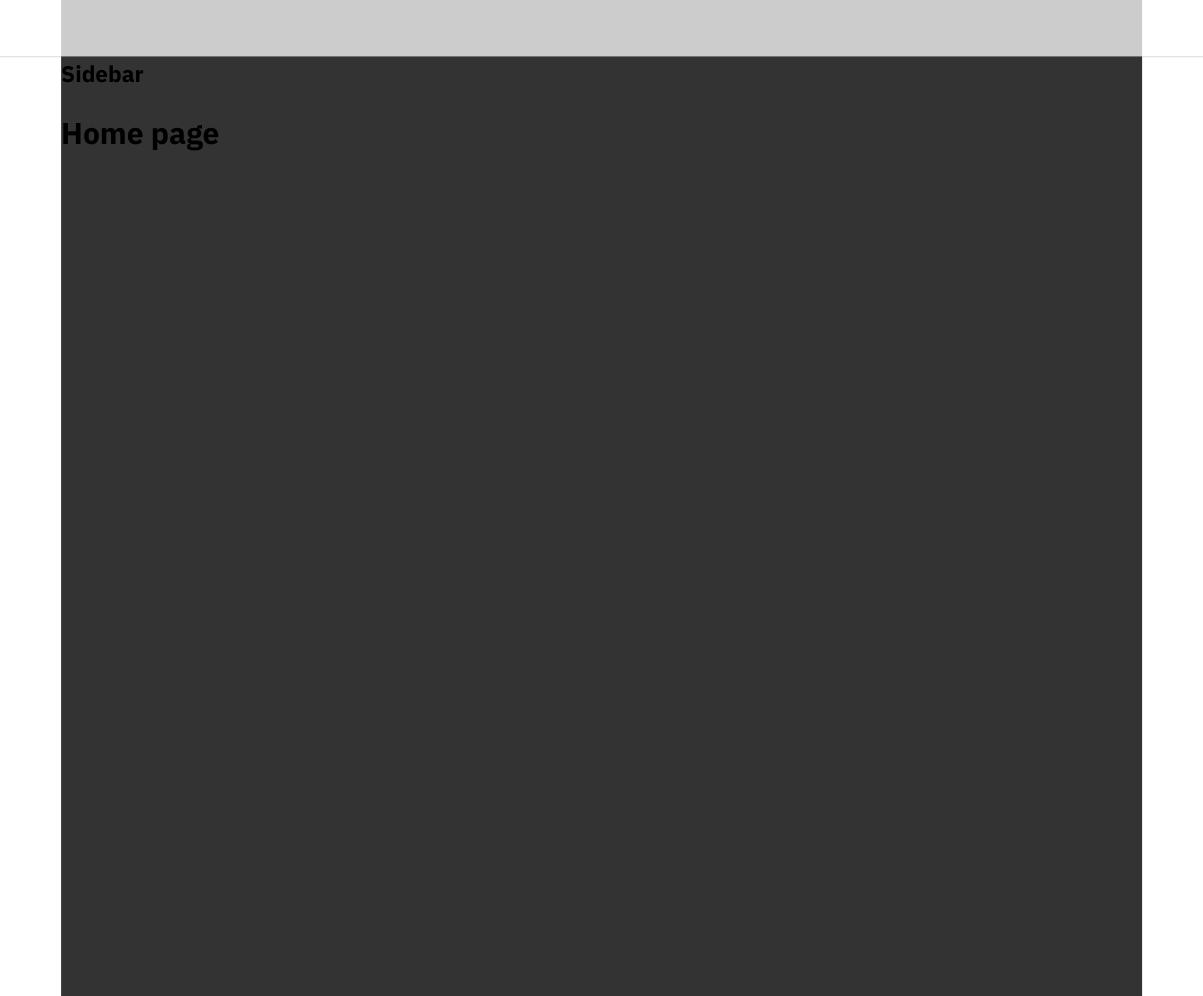
Repository: hmquandec05/tiktok-clone
Page: /
The author's editor kept a copy of each file at every save. The page is drawn from the files as they stood at one save, then again after the next save.
The browser window is 1280 px wide. The pictures show the whole page, at 94% of full size.
The project was rebuilt for these pictures with package versions that can differ from the ones it lists, and the page was loaded fresh each time. Also part of the build but not shown: src/components/Layouts/HeaderOnly/index.js, src/pages/Following/index.js, src/pages/Profile/index.js, src/pages/Search/index.js. Imported but missing from the stored project, and not drawn on this page: src/pages/Upload.

Above is the page before, as saved 2025-02-26 16:52:14.

### src/index.js
import React from "react";
import ReactDOM from "react-dom/client";
import App from "~/App";
import reportWebVitals from "./reportWebVitals";
import GlobalStyles from "~/components/GlobalStyles";

const root = ReactDOM.createRoot(document.getElementById("root"));
root.render(
  <React.StrictMode>
    <GlobalStyles>
      <App />
    </GlobalStyles>
  </React.StrictMode>
);

// If you want to start measuring performance in your app, pass a function
// to log results (for example: reportWebVitals(console.log))
// or send to an analytics endpoint. Learn more: https://bit.ly/CRA-vitals
reportWebVitals();

### src/App.js
import { Fragment } from "react";
import { BrowserRouter as Router, Routes, Route } from "react-router-dom";
import { publicRoutes } from "~/routes";
import { DefaultLayout } from "~/components/Layouts";

function App() {
  return (
    <Router>
      <div className="App">
        <Routes>
          {publicRoutes.map((route, index) => {
            const Page = route.component;

            let Layout = DefaultLayout;

            if (route.layout) {
              Layout = route.layout;
            } else if (route.layout === null) {
              Layout = Fragment;
            }
            return (
              <Route
                key={index}
                path={route.path}
                element={
                  <Layout>
                    <Page />
                  </Layout>
                }
              />
            );
          })}
        </Routes>
      </div>
    </Router>
  );
}

export default App;

### src/routes/index.js
// Layouts
import { HeaderOnly } from "~/components/Layouts";

// Pages
import Home from "~/pages/Home";
import Following from "~/pages/Following";
import Profile from "~/pages/Profile";
import Upload from "~/pages/Upload";
import Search from "~/pages/Search";

// Public routes
const publicRoutes = [
  {
    path: "/",
    component: Home,
  },
  {
    path: "/following",
    component: Following,
  },
  {
    path: "/profile",
    component: Profile,
  },
  {
    path: "/upload",
    component: Upload,
    layout: HeaderOnly,
  },
  {
    path: "/search",
    component: Search,
    layout: null,
  },
];

// Private routes
const privateRoutes = [
  {
    path: "/",
    component: Home,
  },
  {
    path: "/following",
    component: Following,
  },
];

export { publicRoutes, privateRoutes };

### src/components/GlobalStyles/GlobalStyles.scss
@import "normalize.css";
@import url("https://fonts.googleapis.com/css2?family=IBM+Plex+Sans:ital,wght@0,100;0,400;0,500;0,600;0,700;1,300;1,400&display=swap");

:root {
  --primary: #fe2c55;
}

* {
  margin: 0;
  padding: 0;
  box-sizing: border-box;
}

html {
  font-size: 62.5%;
}

body {
  font-family: "IBM Plex Sans", san-serif;
  font-size: 1.6rem;
  line-height: 1.5;
  text-rendering: optimizeSpeed;
}

### src/pages/Home/index.js
function Home() {
  return <h1>Home page</h1>;
}

export default Home;

### src/components/Layouts/DefaultLayout/index.js
import classNames from "classnames/bind";

import styles from "./DefaultLayout.module.scss";
import Header from "~/components/Layouts/components/Header";
import Sidebar from "./Sidebar";

const cx = classNames.bind(styles);

function DefaultLayout({ children }) {
  return (
    <div className={cx("wrapper")}>
      <Header />
      <div className={cx("container")}>
        <Sidebar />
        <div className={cx("content")}>{children}</div>
      </div>
    </div>
  );
}

export default DefaultLayout;

### src/components/Layouts/DefaultLayout/DefaultLayout.module.scss
.wrapper {
  display: flex;
  flex-direction: column;
  align-items: center;
}

.container {
  width: 1150px;
  min-height: 1000px;
  background-color: #333;
}

.content {
}

### src/components/Layouts/components/Header/index.js
import classNames from "classnames/bind";
import styles from "./Header.module.scss";

const cx = classNames.bind(styles);

function Header() {
  return (
    <header className={cx("wrapper")}>
      <div className={cx("content")}></div>
    </header>
  );
}

export default Header;

### src/components/Layouts/components/Header/Header.module.scss
.wrapper {
  width: 100%;
  height: 60px;
  box-shadow: 0px 1px 1px rgb(0 0 0 / 12%);
  display: flex;
  justify-content: center;
}

.content {
  height: 100%;
  width: 1150px;
  background-color: #ccc;
}

Loaded but not shown: public/index.html (common file); src/reportWebVitals.js (common file); src/components/GlobalStyles/index.js (common file); src/components/Layouts/index.js (common file); src/components/Layouts/DefaultLayout/Sidebar/index.js (common file)

After the next save:
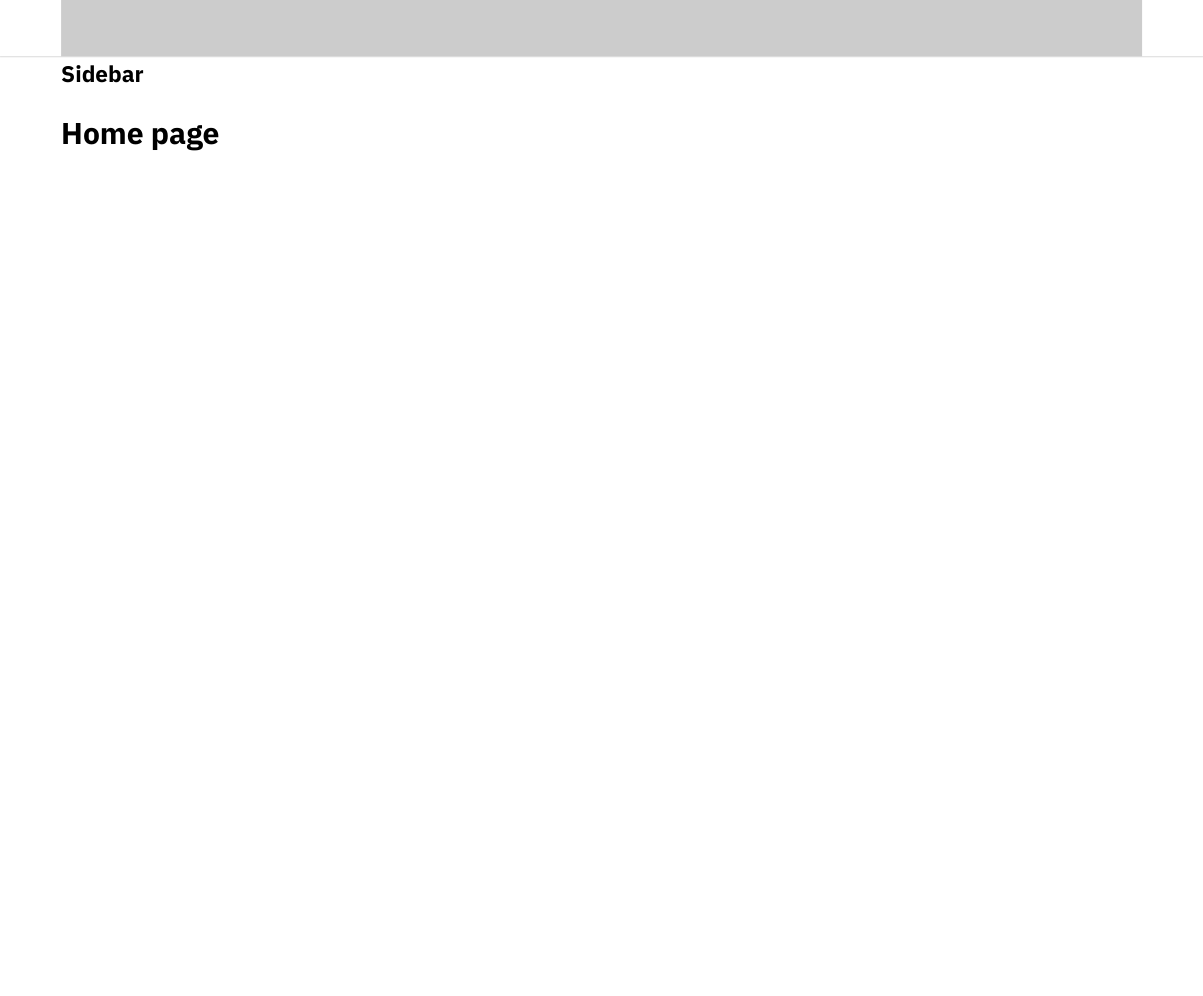
Saved 28 s later.
--- a/src/components/Layouts/DefaultLayout/DefaultLayout.module.scss
+++ b/src/components/Layouts/DefaultLayout/DefaultLayout.module.scss
@@ -7,7 +7,6 @@
 .container {
   width: 1150px;
   min-height: 1000px;
-  background-color: #333;
 }
 
 .content {
